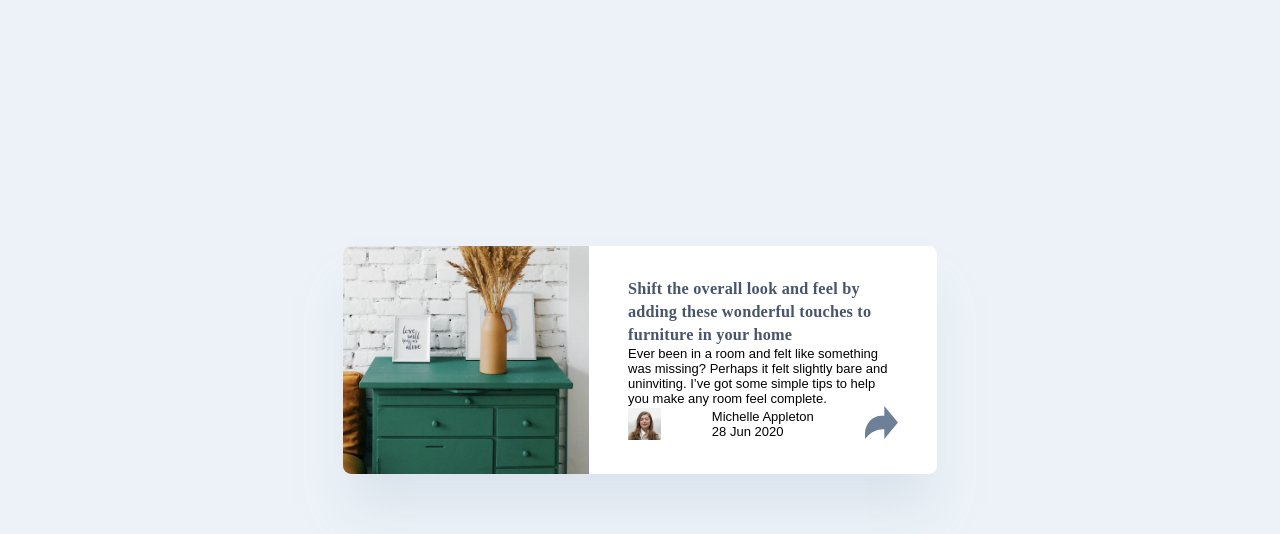
Repository: brandontaylor1/article-preview-component
Page: index.html
These files come from the project's save history. The page is drawn as it stood at one moment and after the next save; the edit follows.
The browser window is 1280 px wide. The pictures show the whole page.

Above is the page before, as saved 2025-01-13 21:59:24.

After the next save:
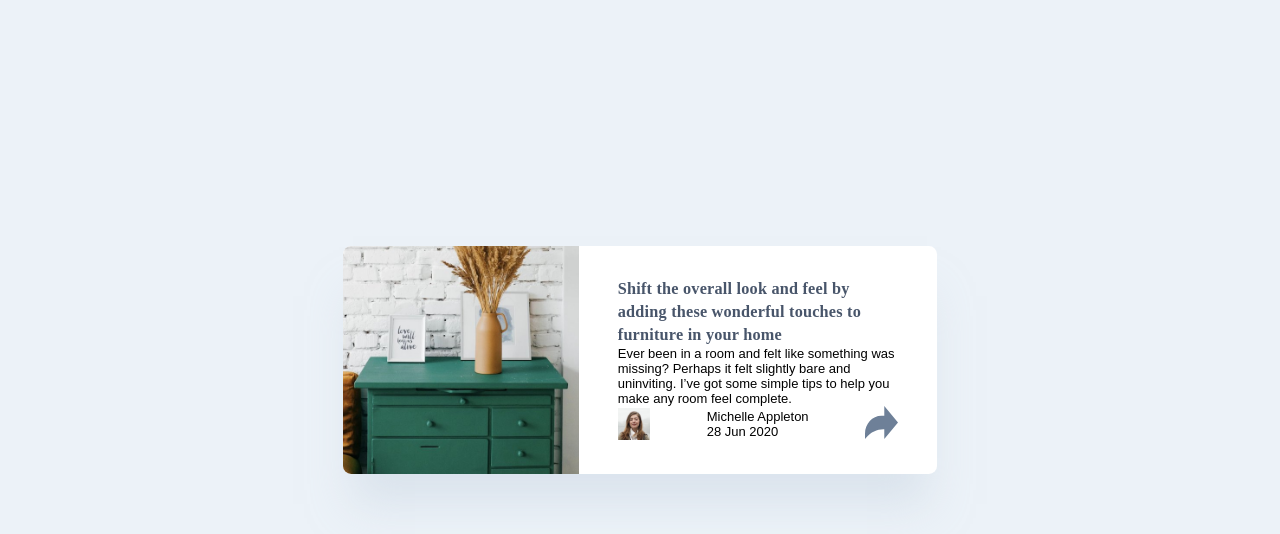
Saved 7 s later.
--- a/styles.css
+++ b/styles.css
@@ -61,7 +61,7 @@ body {
 } */
 
 .component-content {
-    width: 30rem;
+    width: 32rem;
     padding: 3rem;
 }
 
